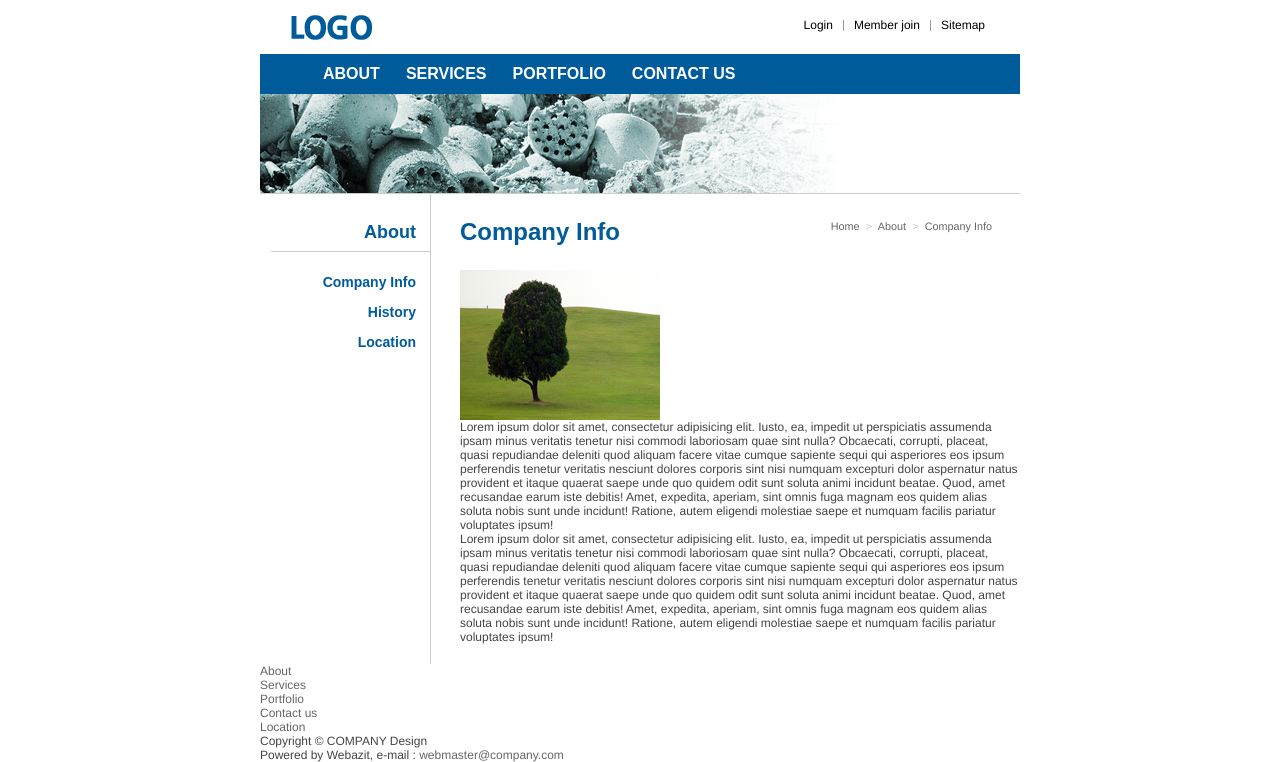
Repository: codelily98/Web
Page: CSS3/src/main/webapp/10_webPage/index.html
These files come from the project's save history. The page is drawn as it stood at one moment and after the next save; the edit follows.
The browser window is 1280 px wide. The pictures show the whole page.
Some web fonts or font styles are not loaded; a fallback is used.

Above is the page before, as saved 2024-08-16 12:51:56.

After the next save:
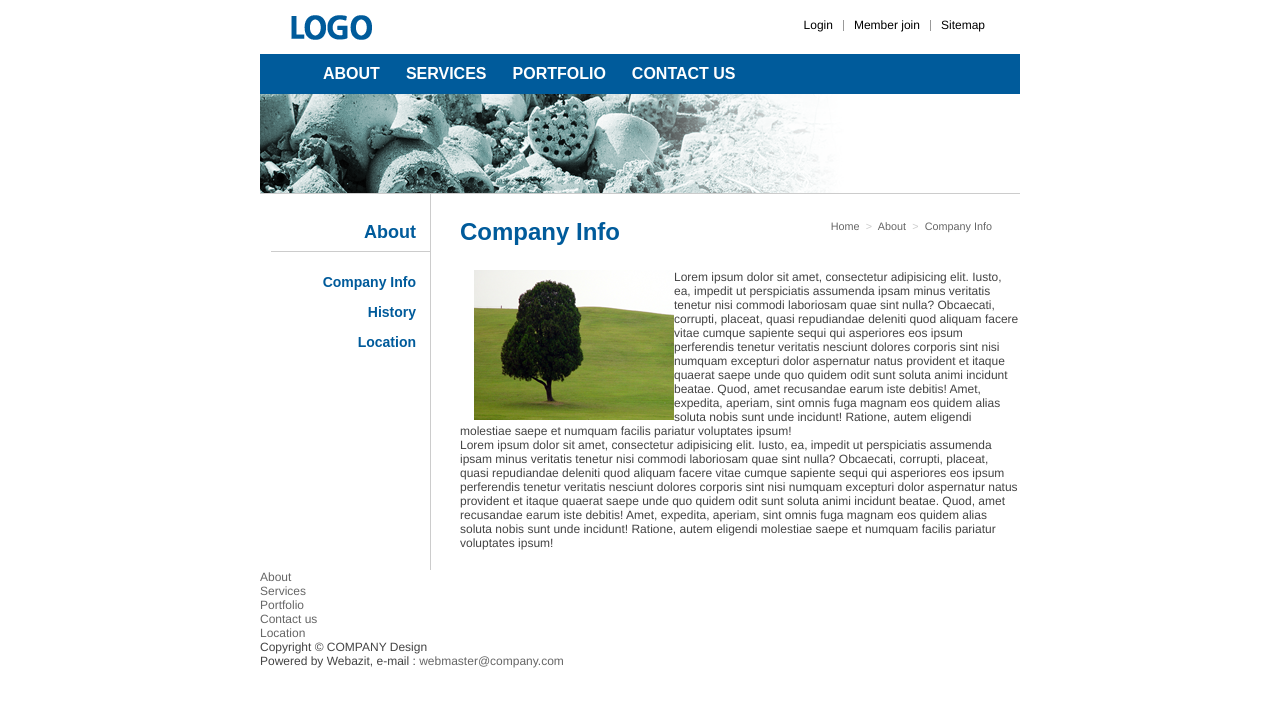
Saved 27 s later.
--- a/CSS3/src/main/webapp/10_webPage/main.css
+++ b/CSS3/src/main/webapp/10_webPage/main.css
@@ -179,3 +179,7 @@ hr {
 	font-size: 24px;
 	font-weight: blod;
 }
+#content .thum {
+	float: left;
+	margin-left: 14px;
+}
